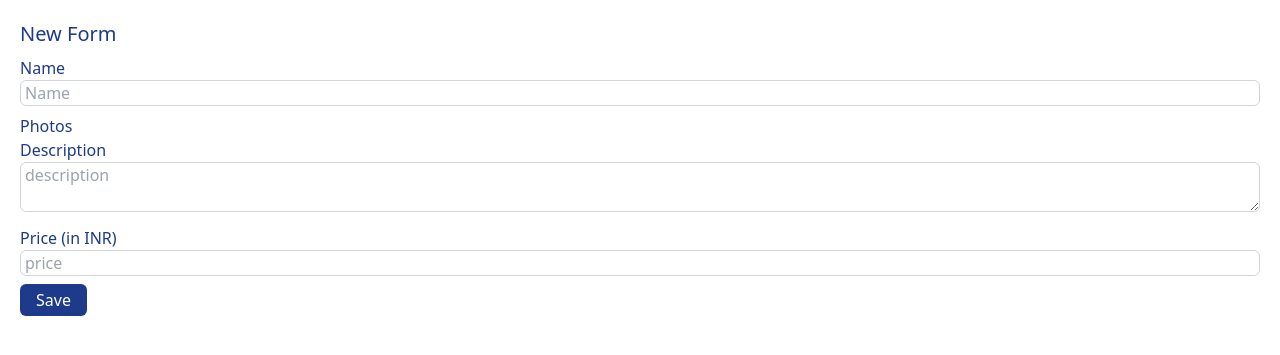
Repository: xoshiraghavx/CRUDS
Page: /products/new
An editor plug-in stored every save of this project. The page is shown before and after a run of saves, followed by the edit.
The browser window is 1280 px wide. The pictures show the whole page.
The project was rebuilt for these pictures with package versions that can differ from the ones it lists, and the page was loaded fresh each time. The framework's server and built-in components were replaced by stand-ins that run in the browser. Also part of the build but not shown: next.config.mjs.

Above is the page before, as saved 2024-04-02 18:46:24.

After the next 2 saves:
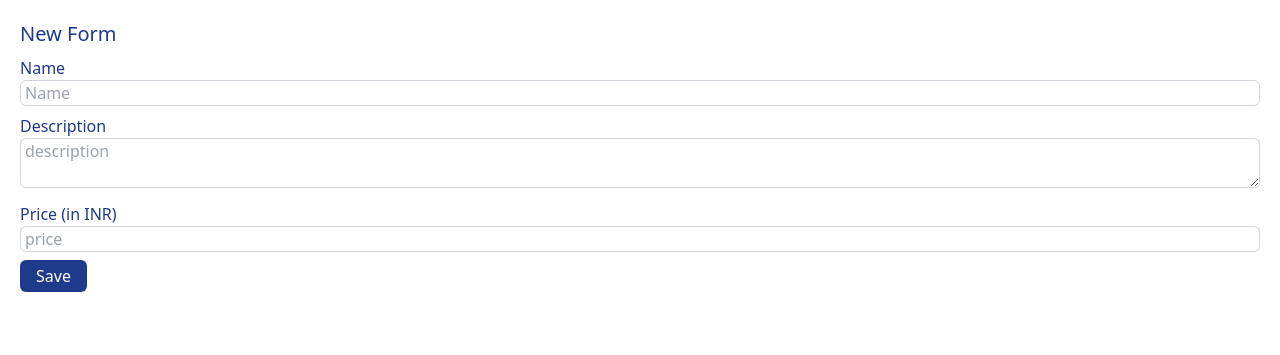
The 2 saves are shown as one change because they came seconds apart.
The last was saved 9 s later.
--- a/components/ProductForm.js
+++ b/components/ProductForm.js
@@ -40,10 +40,7 @@ export default function ProductForm(
             placeholder="Name"
             value={title}
             onChange={ev=> setTitle(ev.target.value)} />
-            <label>Photos</label>
-            <div>
 
-            </div>
             <label>Description</label>
             <textarea
             placeholder="description"
